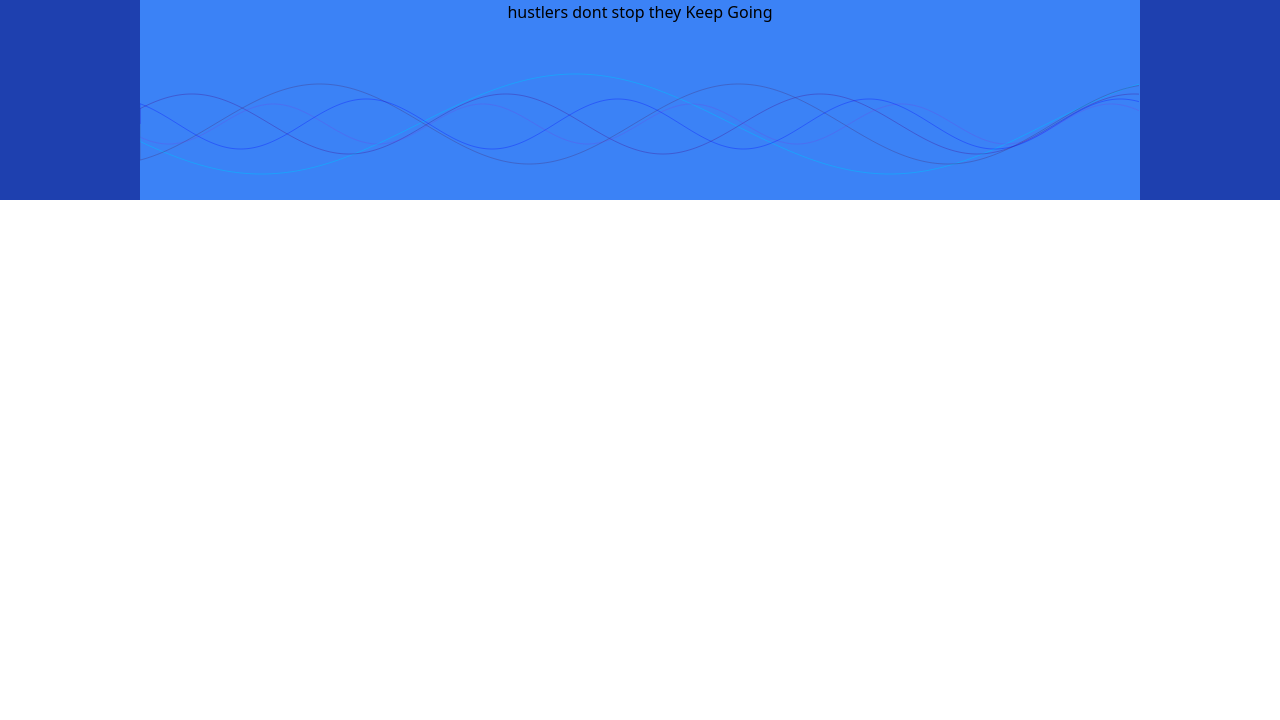
Repository: TMuse333/quantum-experiments
Page: /
The author's editor kept a copy of each file at every save. The page is drawn from the files as they stood at one save, then again after the next save.
The browser window is 1280 px wide. The pictures show the whole page.
The project was rebuilt for these pictures with package versions that can differ from the ones it lists, and the page was loaded fresh each time. Also part of the build but not shown: vite.config.ts.

Above is the page before, as saved 2024-06-08 18:38:32.

After the next save:
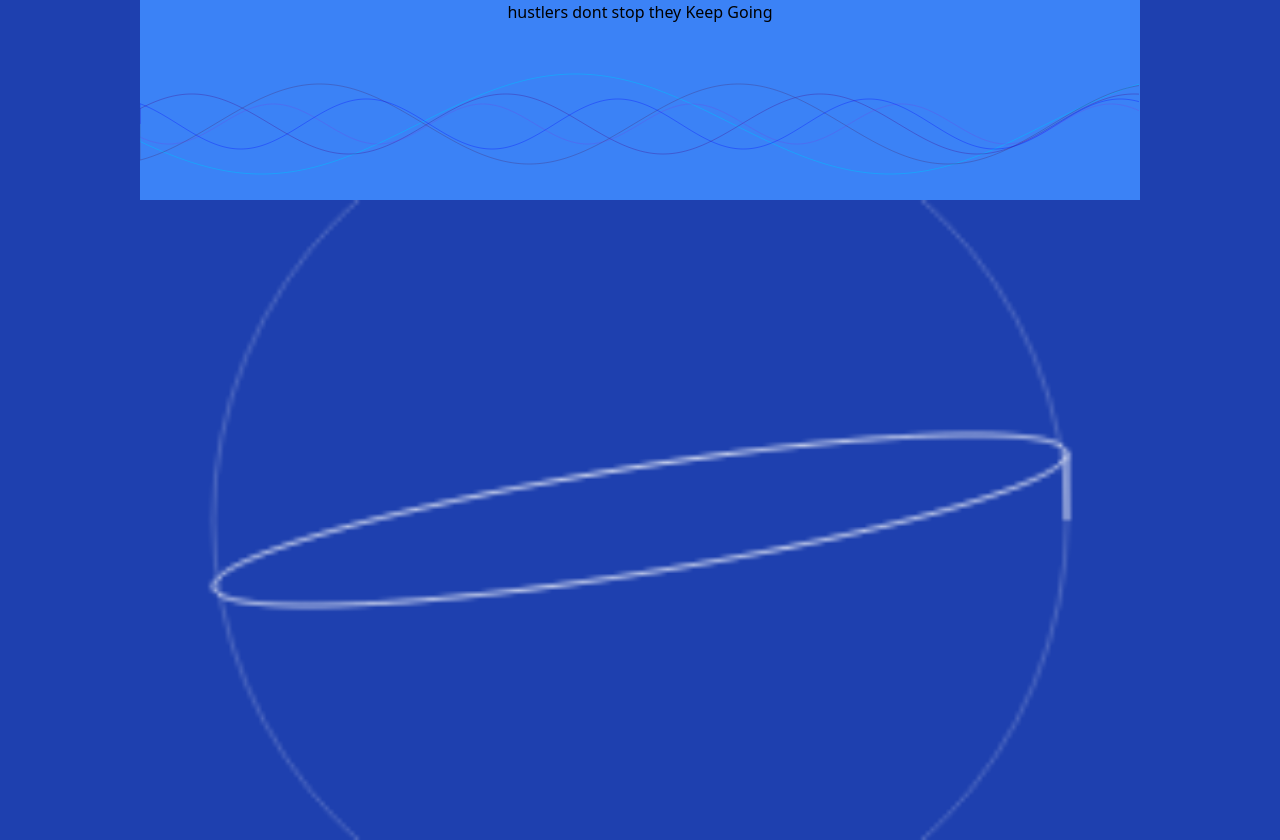
Saved 4 s later.
--- a/src/App.tsx
+++ b/src/App.tsx
@@ -4,6 +4,7 @@ import viteLogo from '/vite.svg'
 import './App.css'
 import SineWave from './components/sineWave/sineWave'
 import ThreeJSWave from './components/threeeJsWave/threeJsWave'
+import CircularWave from './components/circularWave/circularWave'
 
 function App() {
   const [count, setCount] = useState(0)
@@ -16,7 +17,7 @@ function App() {
 
      <SineWave/>
      {/* <ThreeJSWave/> */}
-
+     <CircularWave/>
      </div>
     </>
   )
